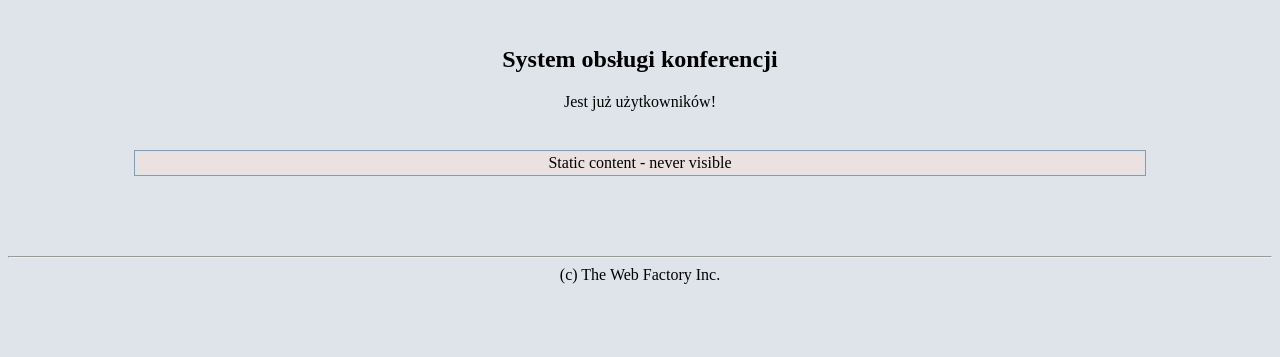
Repository: DariuszKa/mwo-projekt2
Page: http://localhost/layout
The author's editor kept a copy of each file at every save. The page is drawn from the files as they stood at one save, then again after the next save.
The browser window is 1280 px wide. The pictures show the whole page.
The page is this project's Thymeleaf template; nobody is signed in. The template is opened directly, without the code that normally fills it, so the values that code supplies are empty.

Above is the page before, as saved 2017-05-15 22:40:02.

After the next save:
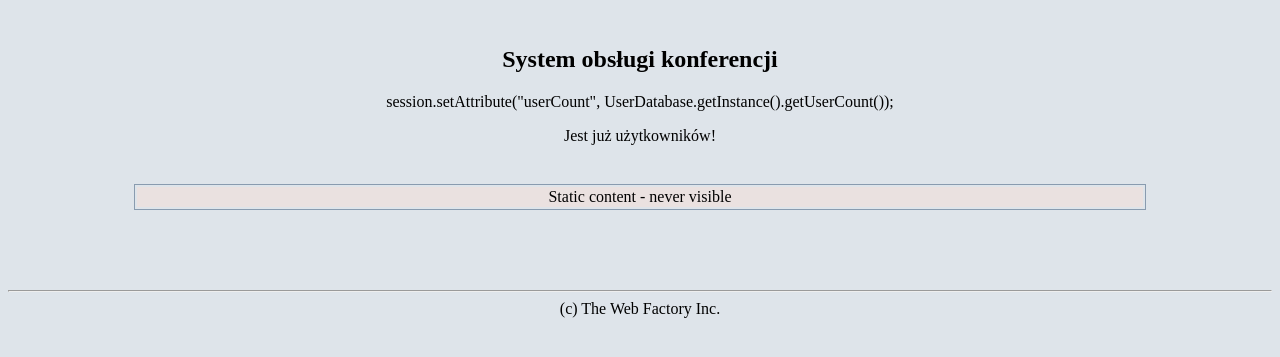
Saved 37 s later.
--- a/ConferenceSpring/src/main/resources/templates/layout.html
+++ b/ConferenceSpring/src/main/resources/templates/layout.html
@@ -8,6 +8,7 @@
 <div align="center">
 <br/>
 		<h2> System obsługi konferencji <span id="the-title" layout:fragment="pageTitle" /> </h2>
+		session.setAttribute("userCount", UserDatabase.getInstance().getUserCount());
 		<p> Jest już <span th:text="${userCount}" /> użytkowników! </p>
 		<p th:if="${session.loggedIn}!=null"> Zalogowany(<span th:text="${session.loggedIn}" />) użytkownik: <span th:text="${session.userLogin}" /> </p>
 		<p th:if="${session.isAdmin}!=null"> Prelegent: <span th:text="${session.isPrelegent}" />	Recenzent: <span th:text="${session.isRecenzent}" />	Administrator: <span th:text="${session.isAdmin}" /> </p>
